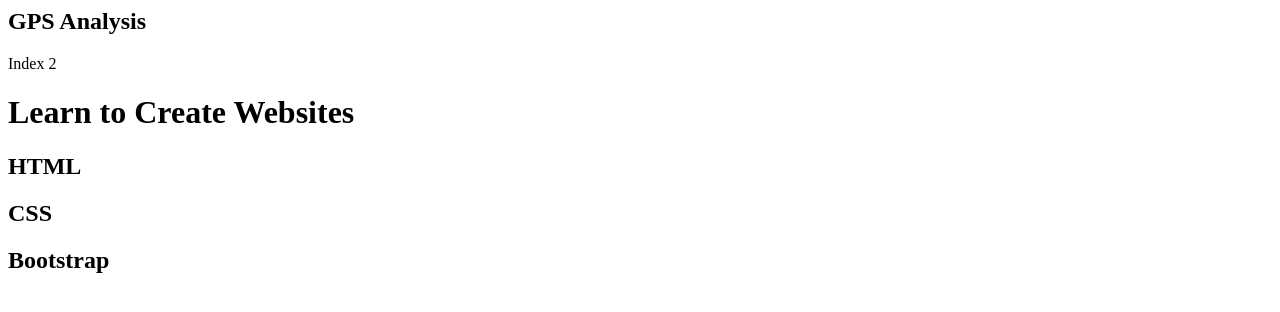
Repository: hanjangchen/Raspberry
Page: prjGAEGPSAnalysis/prjGPSAnalysis/src/static/my_ng_templates/desktop/index_2.html
These files come from the project's save history. The page is drawn as it stood at one moment and after the next save; the edit follows.
The browser window is 1280 px wide. The pictures show the whole page.

Above is the page before, as saved 2014-10-17 22:27:27.

### prjGAEGPSAnalysis/prjGPSAnalysis/src/static/my_ng_templates/desktop/index_2.html
<!-- sub-template for index page -->
<div>
	<h2>GPS Analysis</h2>
	<my-index-gps-data>
	<p>Index 2</p>
	</my-index-gps-data>
</div>



<!--  -->
<div class="container-fluid">
	<div class="jumbotron">
		<h1>Learn to Create Websites</h1>
	</div>
	<div class="row">
		<div class="col-xs-4">
			<h2>HTML</h2>
		</div>
		<div class="col-xs-4">
			<h2>CSS</h2>
		</div>
		<div class="col-xs-4">
			<h2>Bootstrap</h2>
		</div>
	</div>
</div>

After the next save:
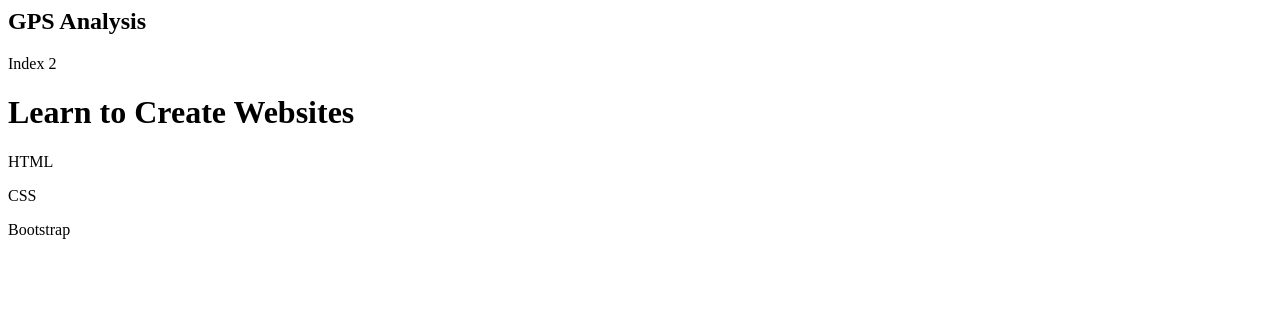
Saved 38 s later.
--- a/prjGAEGPSAnalysis/prjGPSAnalysis/src/static/my_ng_templates/desktop/index_2.html
+++ b/prjGAEGPSAnalysis/prjGPSAnalysis/src/static/my_ng_templates/desktop/index_2.html
@@ -15,13 +15,13 @@
 	</div>
 	<div class="row">
 		<div class="col-xs-4">
-			<h2>HTML</h2>
+			<p>HTML</p>
 		</div>
 		<div class="col-xs-4">
-			<h2>CSS</h2>
+			<p>CSS</p>
 		</div>
 		<div class="col-xs-4">
-			<h2>Bootstrap</h2>
+			<p>Bootstrap</p>
 		</div>
 	</div>
 </div>
